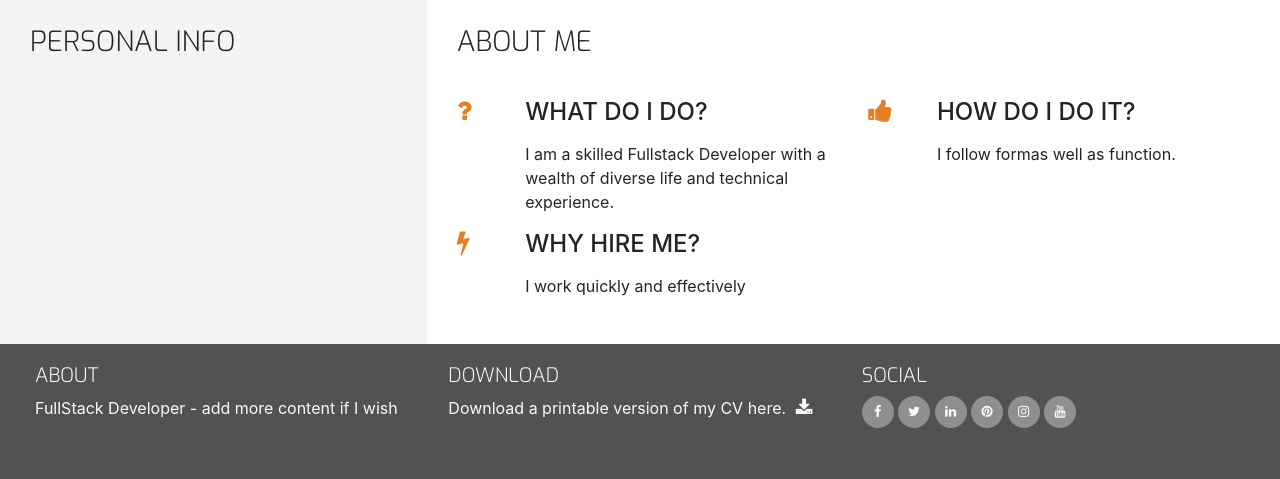
Repository: JustWhiteGit/Rosies-Resume
Page: index.html
The author's editor kept a record of every edit. The page is drawn from the files as they stood at one moment, then again after the next edit.
The browser window is 1280 px wide. The pictures show the part of the page from y = 369 to 848 px (the page is 848 px tall).

Above is the page before.

### index.html
<!DOCTYPE html>
<html lang="en">

<head>
    <meta charset="UTF-8">
    <meta name="viewport" content="width=device-width, initial-scale=1.0">
    <meta http-equiv="X-UA-Compatible" content="ie=edge">
    <link rel="stylesheet" href="https://stackpath.bootstrapcdn.com/bootstrap/4.3.1/css/bootstrap.min.css" type="text/css" />
    <link rel="stylesheet" href="https://stackpath.bootstrapcdn.com/font-awesome/4.7.0/css/font-awesome.min.css" type="text/css" />
    <link rel="stylesheet" href="https://cdnjs.cloudflare.com/ajax/libs/hover.css/2.3.1/css/hover-min.css" type="text/css" />
    <link rel="stylesheet" href="assets/css/styles.css" type="text/css" />
    <title>Rosie</title>
</head>

<body>
    <header>
        <div class="row no-gutters">
            <a href="index.html" class="col-md-4 logo">

            </a>
            <div class="col-md-8">
                <div class="row no-gutters bg-color-name-title">
                    <div class="col heading">
                        <h1 class="name">Rosie Odenkirk</h1>
                        <h2 class="title">Full Stack Developer</h2>
                    </div>
                </div>
                <div class="row no-gutters">
                    <div class="col">
                        <ul id="nav" class="list-inline menucontainer">
                            <li class="col-6 col-sm-3 ui-menu-color-home list-inline-item menuitem">
                                <a href="#" class="hvr-sweep-to-bottom"><i class="fa fa-home" aria-hidden="true"></i><span>Home</span></a>
                            </li>
                            <li class="col-6 col-sm-3 ui-menu-color-resume list-inline-item menuitem">
                                <a href="#" class="hvr-sweep-to-bottom"><i class="fa fa-graduation-cap" aria-hidden="true"></i><span>Resume</span></a>
                            </li>
                            <li class="col-6 col-sm-3 ui-menu-color-contact list-inline-item menuitem">
                                <a href="#" class="hvr-sweep-to-bottom"><i class="fa fa-comment-o" aria-hidden="true"></i><span>Contact</span></a>
                            </li>
                            <li class="col-6 col-sm-3 ui-menu-color-download list-inline-item menuitem">
                                <a href="#" class="hvr-sweep-to-bottom"><i class="fa fa-download" aria-hidden="true"></i><span>Download</span></a>
                            </li>
                        </ul>
                    </div>
                </div>
            </div>
        </div>

    </header>
    <section class="container-fluid">
        <div class="row">
            <div class="col-md-4 bg-color-personal-info section-column">
                <div class="row">
                    <div class="col-12">
                        <h3 class="section-heading uppercase">
                            Personal Info
                        </h3>
                    </div>
                </div>
                <div class="personal-info-item">
                    <div class="key">
                        <p>

                        </p>
                    </div>
                    <div class="value">
                        <p>

                        </p>
                    </div>
                </div>
            </div>
            <div class="col-md-8 bg-color-three-reasons section-column">
                <div class="row">
                    <div class="col">
                        <h3 class="section-heading uppercase">About me </h3>
                    </div>
                </div>
                <div class="row">
                    <div class="col-10 offset-1 offset-sm-0 col-sm-4 col-md-6">
                        <div class="row">
                            <div class="col-2">
                                <i class="three-reasons-icon fa fa-question" aria-hidden="true"></i>
                            </div>
                            <div class="col-10">
                                <h4 class="three-reasons-heading uppercase">what do i do?</h4>
                                <p>I am a skilled Fullstack Developer with a wealth of diverse life and technical experience.</p>
                            </div>
                        </div>
                    </div>
                    <div class="col-10 offset-1 offset-sm-0 col-sm-4 col-md-6">
                        <div class="row">
                            <div class="col-2">
                                <i class="three-reasons-icon fa fa-thumbs-up" aria-hidden="true"></i>
                            </div>
                            <div class="col-10">
                                <h4 class="three-reasons-heading uppercase">how do i do it?</h4>
                                <p>I follow formas well as function.</p>
                            </div>
                        </div>
                    </div>
                    <div class="col-10 offset-1 offset-sm-0 col-sm-4 col-md-6">
                        <div class="row">
                            <div class="col-2">
                                <i class="three-reasons-icon fa fa-bolt" aria-hidden="true"></i>
                            </div>
                            <div class="col-10">
                                <h4 class="three-reasons-heading uppercase">why hire me?</h4>
                                <p>I work quickly and effectively</p>
                            </div>
                        </div>
                    </div>
                </div>
            </div>
        </div>
    </section>
    <footer class="container-fluid">
        <div id="footer-details" class="row">
            <div class="col-sm-4">
                <h5 class="uppercase general-sub">About</h5>
                <p class="inline-block">
                    FullStack Developer - add more content if I wish
                </p>
            </div>
            <div class="col-sm-4">
                <h5 class="uppercase general-sub">Download</h5>
                <p class="inline-block">
                    Download a printable version of my CV here.
                    <a href="#" target="_blank" class="cv-pdf">
                        <i class="fa fa-download" aria-hidden="true"></i>
                        <span class="sr-only">Download link.</span>
                    </a>
                </p>
            </div>
            <div class="col-sm-4">
                <h5 class="uppercase general-sub">Social</h5>
                <ul class="list-inline social-links">
                    <li class="list-inline-item">
                        <a target="_blank" href="#">
                            <i class="fa fa-facebook" aria-hidden="true"></i>
                            <span class="sr-only">Facebook</span>
                        </a>
                    </li>
                    <li class="list-inline-item">
                        <a target="_blank" href="#">
                            <i class="fa fa-twitter" aria-hidden="true"></i>
                            <span class="sr-only">Twitter</span>
                        </a>
                    </li>
                    <li class="list-inline-item">
                        <a target="_blank" href="#">
                            <i class="fa fa-linkedin" aria-hidden="true"></i>
                            <span class="sr-only">LinkedIn</span>
                        </a>
                    </li>
                    <li class="list-inline-item">
                        <a target="_blank" href="#">
                            <i class="fa fa-pinterest" aria-hidden="true"></i>
                            <span class="sr-only">Pinterest</span>
                        </a>
                    </li>
                    <li class="list-inline-item">
                        <a target="_blank" href="#">
                            <i class="fa fa-instagram" aria-hidden="true"></i>
                            <span class="sr-only">Instagram</span>
                        </a>
                    </li>
                    <li class="list-inline-item">
                        <a target="_blank" href="#">
                            <i class="fa fa-youtube" aria-hidden="true"></i>
                            <span class="sr-only">YouTube</span>
                        </a>
                    </li>
                </ul>

            </div>
        </div>


    </footer>
</body>

</html>

### assets/css/styles.css
@import url('https://fonts.googleapis.com/css?family=Roboto:100,200,300,400,500,600,700|Exo:100,200,300,400,500,600,700');

/*---------------------------------colors*/

.bg-color-name-title {
    background-color: #676767;
}

.bg-color-personal-info {
    background-color: #f4f4f4;
}

.bg-color-work-history {
    background-color: #9b59b6;
}

bg-color-contact {
    background-color: #fff;
}

.bg-color-three-reasons {
    background-color: #fff;
}

.ui-menu-color-home {
    background-color: #e67e22;
}

.ui-menu-color-resume {
    background-color: #9b59b6;
}

.ui-menu-color-contact {
    background-color: #3498db;
}

.ui-menu-color-download {
    background-color: #525252;
}



/* --------------------------------special paddings/margins/text */

h1,
h2,
h3,
h4 {
    margin: 0;
}

.uppercase {
    text-transform: uppercase;
}

.general-sub {
    font-family: "Exo", sans-serif;
    font-weight: 300;
    color: #fafafa;
}

.inline-block {
    display: inline-block;
}

.row-table {
    display: table;
}

.section-column {
    display: table-cell;
    padding: 0 30px 30px;
    float: none;
}

.history-heading,
.section-heading {
    font-family: "Exo", sans-serif;
    font-weight: 300;
    margin-top: 25px;
    margin-bottom: 40px;
}



/* --------------------------------heading */

header {
    margin: 0;
}

.heading {
    margin-left: 50px;
}

.logo {
    background: url("../images/rosie-resume.jpg");
    background-position: center;
    background-repeat: no-repeat;
    background-size: cover;
    min-height: 360px;
    transition: all .5s ease-in-out;
    -moz-transition: all .5s ease-in-out;
    -webkit-transition: all .5s ease-in-out;
}


.name {
    font-family: "Exo", sans-serif;
    font-weight: 100;
    font-size: 46px;
    margin-top: 50px;
    color: #fff;
}

.title {
    font-family: "Roboto", sans-serif;
    font-weight: 200;
    font-size: 28px;
    margin-top: 20px;
    margin-bottom: 90px;
    color: #fff;
}


.list-inline-item:not(:last-child) {
    margin: 0;
}

.menucontainer {
    font-size: 0;
}

#nav {
    margin: 0;
}

#nav li {
    font-size: 14px;
    padding: 0;
}

.menuitem {
    height: 120px;
    text-align: center;
    padding: 0;
}

.menuitem a {
    width: 100%;
    text-decoration: none;
    color: #fff;
    height: 120px;
}

.menuitem a i {
    padding-top: 22px;
    display: block;
    color: #fafafa;
    font-size: 26px;
}

.menuitem span {
    display: block;
    width: 100%;
    padding-top: 5px;
    text-align: center;
    text-transform: uppercase;
    font-size: 14px;
    font-weight: 300;
    letter-spacing: 2px;
}

/* --------------------------------hover.css */

.hvr-sweep-to-bottom:before {
    background-color: rgba(0, 0, 0, 0.2);
    height: 120px;
}


/* --------------------------------footer */

footer {
    background-color: #525252;
    color: #fafafa;
    min-height: 120px;
    margin: 0;
}

.cv-pdf i {
    font-size: 18px;
    color: #fafafa;
    text-align: center;
    padding-left: 5px;
    transition: all 0.35s ease-in-out;
    -moz-transition: all 0.35s ease-in-out;
    -webkit-transition: all 0.35s ease-in-out;
    -o-transition: all 0.35s ease-in-out;
}

.cv-pdf i:hover {
    color: #e84610;
}

.social-links {
    padding-bottom: 15px;
}

.social-links li a i {
    width: 32px;
    height: 32px;
    padding: 12px 0;
    border-radius: 50%;
    font-size: 13px;
    line-height: 7px;
    text-align: center;
    color: #fafafa;
    background: #8f8f8f;
    transition: all 0.35s ease-in-out;
    -moz-transition: all 0.35s ease-in-out;
    -webkit-transition: all 0.35s ease-in-out;
    -o-transition: all 0.35s ease-in-out;
}

.social-links li a i:hover {
    background: #e84610;

}

#footer-details {
    padding: 20px;
}


/* --------------------------------three reasons */

.three-reasons-icon {
    font-size: 26px;
    color: #e67e22;
}

.three-reasons-heading {
    margin-bottom: 15px;
}


/* --------------------------------personal info */

.personal-info-item {
    margin-bottom: 20px;
    display: block;
    clear: both;
}

.personal-info-item .key,
.personal-info-item .value {
    padding-right: 8px;
    display: inline-block;
}

.personal-info-item .key p,
.personal-info-item .value p {
    margin: 0;
}

.personal-info-item .key {
    width: 30%;
    margin-right: 21px;
    padding-top: 2px;
    vertical-align: top;
}

.personal-info-item .key p {
    font-weight: 700;
}


.personal-info-item .value {
    position: relative;
    width: 60%;
}


/* --------------------------------skills */

.progress {
    position: relative;
    height: 25px;
    margin-bottom: 4px;
}

.progress-type {
    position: absolute;
    left: 0px;
    font-weight: 400;
    padding: 3px 30px 2px 10px;
    color: #fafafa;
    background-color: rgba(25, 25, 25, 0.2);
}


.progress-section {
    margin: 40px 20px;
}

/* ----------------------------------------Work History */

.history-heading {
    color: #fafafa;
    margin-bottom: 50px;
}

.timeline-item {
    padding: 4em 2em 0em 2em;
    position: relative;
    color: #fafafa;
    border-left: 1px solid;
}

.timeline-item p {
    padding: 0;
    margin: 0;
}

.timeline-item:before {
    content: attr(data-dates);
    position: absolute;
    left: 2.5em;
    top: 3em;
    display: block;
    font-family: "Exo", sans-serif;
    font-weight: 500;
    font-size: 0.8em;
    padding: 0;
    margin: 0;
}

.timeline-item:after {
    width: 12px;
    height: 12px;
    display: block;
    top: 2.4em;
    position: absolute;
    left: -6px;
    border-radius: 12px;
    content: '';
    background: #fafafa;
}

.history-items {
    margin-bottom: 30px;
}

/* ----------------------------------------Contact Form */

.contact-heading {
    font-family: "Exo", sans-serif;
    font-weight: 300;
    margin-top: 25px;
    margin-bottom: 20px;
}


.center-form {
    padding-top: 10px;
    margin: 0 auto;
    max-width: 70%;
}

button[type="submit"] {
    margin-top: 15px;
    margin-bottom: 20px;
    color: #fafafa;
    background-color: #e84610;
}

/* ----------------------------------------Media Queries*/

@media(min-width: 992px) {
    .center-form {
        padding-top: 30px;
        min-height: 240px;
        margin: 0 auto;
        max-width: 50%;
    }
}

After the next edit:
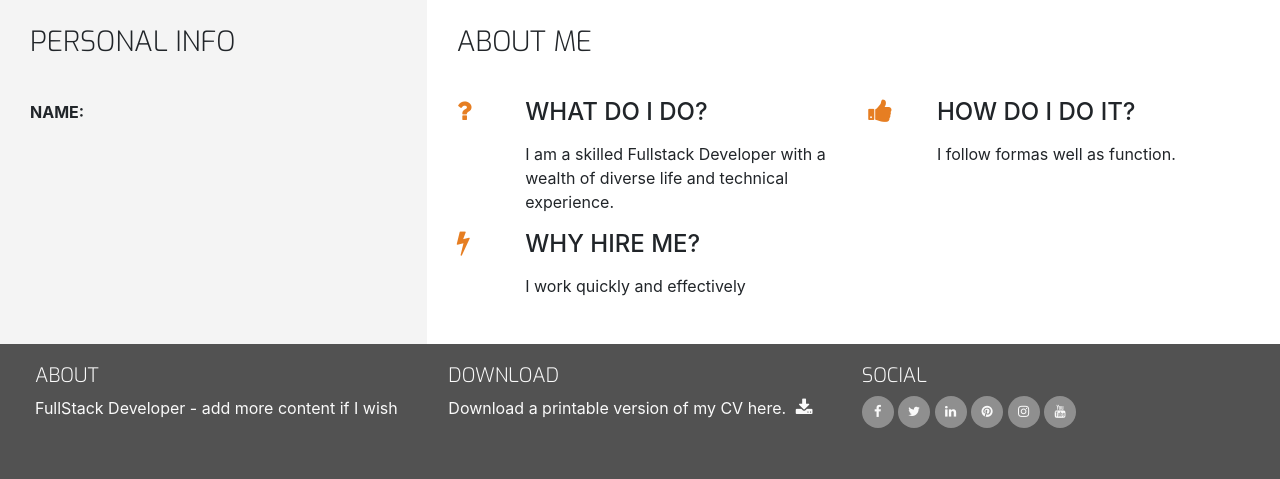
The edit:
--- a/index.html
+++ b/index.html
@@ -59,8 +59,8 @@
                 </div>
                 <div class="personal-info-item">
                     <div class="key">
-                        <p>
-
+                        <p class="uppercase">
+                            Name:
                         </p>
                     </div>
                     <div class="value">
